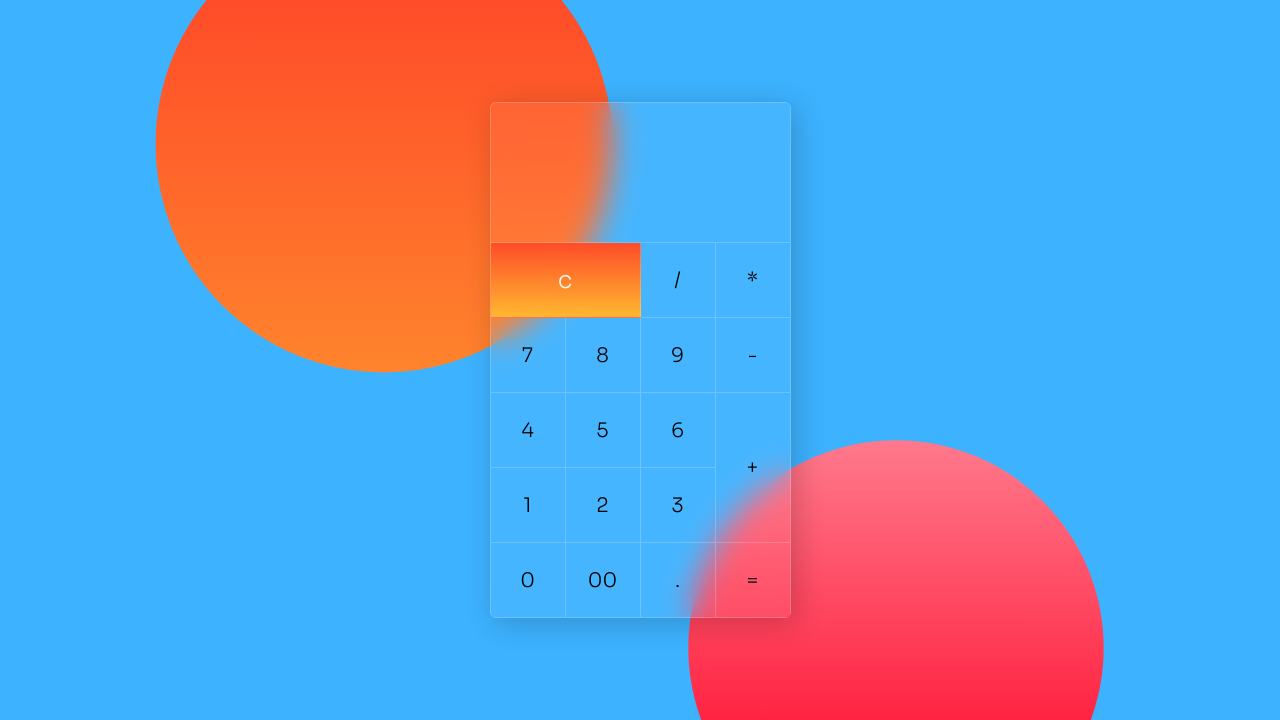
Repository: tharunkumaar404/Glass-Calci
Page: index.html
These files come from the project's save history. The page is drawn as it stood at one moment and after the next save; the edit follows.
The browser window is 1280 px wide. The pictures show the whole page.
The first visible `.container .calculator span` is being pressed.

Above is the page before, as saved 2021-08-26 15:11:19.

### index.html
<!DOCTYPE html>
<html lang="en">
<head>
    <meta charset="UTF-8">
    <meta http-equiv="X-UA-Compatible" content="IE=edge">
    <meta name="viewport" content="width=device-width, initial-scale=1.0">
    <title>Calculator</title>
    <link rel="stylesheet" href="styles.css">
</head>
<body>
    <div class="container">
        <form class="calculator" name="calc">
            <input type="text" readonly class="value" name="txt"/>
            <span class="num clear" onclick="calc.txt.value = ''">c</span>
            <span class="num" onclick="document.calc.txt.value +='/'">/</span>
            <span class="num" onclick="document.calc.txt.value +='*'">*</span>
            <span class="num" onclick="document.calc.txt.value +='7'">7</span>
            <span class="num" onclick="document.calc.txt.value +='8'">8</span>
            <span class="num" onclick="document.calc.txt.value +='9'">9</span>
            <span class="num" onclick="document.calc.txt.value +='-'">-</span>
            <span class="num" onclick="document.calc.txt.value +='4'">4</span>
            <span class="num " onclick="document.calc.txt.value +='5'">5</span>
            <span class="num" onclick="document.calc.txt.value +='6'">6</span>
            <span class="num plus" onclick="document.calc.txt.value +='+'">+</span>
            <span class="num" onclick="document.calc.txt.value +='1'">1</span>
            <span class="num" onclick="document.calc.txt.value +='2'">2</span>
            <span class="num" onclick="document.calc.txt.value +='3'">3</span>
            <span class="num" onclick="document.calc.txt.value +='0'">0</span>
            <span class="num" onclick="document.calc.txt.value +='00'">00</span>
            <span class="num" onclick="document.calc.txt.value +='.'"">.</span>
            <span class="num equal" onclick="document.calc.txt.value =eval(calc.txt.value)">=</span>
        </form>
    </div>
    <script type="text/javascript" src="vanilla-tilt.js"></script>
    <script type="text/javascript">
    	VanillaTilt.init(document.querySelector(".container"), {
    		max: 15,
    		speed: 400,
            glare: true,
            "max-glare":0.2,
            gyroscope:true,
    	});
    </script>
</body>
</html>

### styles.css
@import url('https://fonts.googleapis.com/css2?family=Sora:wght@300&display=swap');

*{
    margin: 0;
    padding: 0;
    box-sizing: border-box;
    font-family: 'Sora', sans-serif;
}

body{
display:flex;
justify-content: center;
align-items: center;
min-height: 100vh;
background: #3DB2FF;
}

body::before{
    content: '';
    position: absolute;
    top: 0;
    left:0;
    width: 100%;
    height:100%;
    background:linear-gradient(#FF4C29,#FFB830);
    clip-path: circle(22% at 30% 20%);
}
body::after{
    content: '';
    position: absolute;
    top: 0;
    left:0;
    width: 100%;
    height:100%;
    background:linear-gradient(#fff,#FF2442);
    clip-path: circle(20% at 70% 90%);
}

.container{
    position:relative;
    background: rgba(255,255,255,0.05);
    border-radius: 6px;
    overflow: hidden;
    z-index:10;
    backdrop-filter: blur(15px);
    border-top: 1px solid rgba(255,255,255,0.2);
    border-left:1px solid rgba(255,255,255,0.2);
    box-shadow: 5px 5px 30px rgba(0,0,0,0.2);

}

.container .calculator{
    position:relative;
    display:grid;

}

.container .calculator .value{
    grid-column: span 4;
    height: 140px;
    width:300px;
    text-align:right;
    border:none;
    outline:none;
    padding:10px;
    font-size:30px;
    background: transparent;
    color: #000;
    border-bottom: 1px solid rgba(255,255,255,0.2);
    border-right:1px solid rgba(255,255,255,0.2);


}
.container .calculator span {
    display:grid;
    place-items:center;
    height: 75px;
    width:75px;
    color:black;
    cursor:pointer;
    font-weight:400;
    font-size:20px;
    user-select:none;
    border-bottom: 1px solid rgba(255,255,255,0.2);
    border-right:1px solid rgba(255,255,255,0.2);
    transition: 0.5s;


}
.container .calculator span:hover{
    transition: 0s;
    background: rgba(255,255,255,0.2);
}

.container .calculator span:active{
    background: linear-gradient(#FF4C29,#FFB830);
    color: #F7F3E9;
    font-size: 24px;
    font-weight: 500;

}
.container .calculator .clear{
    grid-column: span 2;
    width:150px;
    background: rgba(255,255,255,0.2);
}
.container .calculator .plus{
grid-row: span 2;
height:150px;
}

### vanilla-tilt.js
var VanillaTilt = (function () {
'use strict';

/**
 * Created by Sergiu Șandor (micku7zu) on 1/27/2017.
 * Original idea: https://github.com/gijsroge/tilt.js
 * MIT License.
 * Version 1.7.1
 */

class VanillaTilt {
  constructor(element, settings = {}) {
    if (!(element instanceof Node)) {
      throw ("Can't initialize VanillaTilt because " + element + " is not a Node.");
    }

    this.width = null;
    this.height = null;
    this.clientWidth = null;
    this.clientHeight = null;
    this.left = null;
    this.top = null;

    // for Gyroscope sampling
    this.gammazero = null;
    this.betazero = null;
    this.lastgammazero = null;
    this.lastbetazero = null;

    this.transitionTimeout = null;
    this.updateCall = null;
    this.event = null;

    this.updateBind = this.update.bind(this);
    this.resetBind = this.reset.bind(this);

    this.element = element;
    this.settings = this.extendSettings(settings);

    this.reverse = this.settings.reverse ? -1 : 1;
    this.glare = VanillaTilt.isSettingTrue(this.settings.glare);
    this.glarePrerender = VanillaTilt.isSettingTrue(this.settings["glare-prerender"]);
    this.fullPageListening = VanillaTilt.isSettingTrue(this.settings["full-page-listening"]);
    this.gyroscope = VanillaTilt.isSettingTrue(this.settings.gyroscope);
    this.gyroscopeSamples = this.settings.gyroscopeSamples;

    this.elementListener = this.getElementListener();

    if (this.glare) {
      this.prepareGlare();
    }

    if (this.fullPageListening) {
      this.updateClientSize();
    }

    this.addEventListeners();
    this.updateInitialPosition();
  }

  static isSettingTrue(setting) {
    return setting === "" || setting === true || setting === 1;
  }

  /**
   * Method returns element what will be listen mouse events
   * @return {Node}
   */
  getElementListener() {
    if (this.fullPageListening) {
      return window.document;
    }

    if (typeof this.settings["mouse-event-element"] === "string") {
      const mouseEventElement = document.querySelector(this.settings["mouse-event-element"]);

      if (mouseEventElement) {
        return mouseEventElement;
      }
    }

    if (this.settings["mouse-event-element"] instanceof Node) {
      return this.settings["mouse-event-element"];
    }

    return this.element;
  }

  /**
   * Method set listen methods for this.elementListener
   * @return {Node}
   */
  addEventListeners() {
    this.onMouseEnterBind = this.onMouseEnter.bind(this);
    this.onMouseMoveBind = this.onMouseMove.bind(this);
    this.onMouseLeaveBind = this.onMouseLeave.bind(this);
    this.onWindowResizeBind = this.onWindowResize.bind(this);
    this.onDeviceOrientationBind = this.onDeviceOrientation.bind(this);

    this.elementListener.addEventListener("mouseenter", this.onMouseEnterBind);
    this.elementListener.addEventListener("mouseleave", this.onMouseLeaveBind);
    this.elementListener.addEventListener("mousemove", this.onMouseMoveBind);

    if (this.glare || this.fullPageListening) {
      window.addEventListener("resize", this.onWindowResizeBind);
    }

    if (this.gyroscope) {
      window.addEventListener("deviceorientation", this.onDeviceOrientationBind);
    }
  }

  /**
   * Method remove event listeners from current this.elementListener
   */
  removeEventListeners() {
    this.elementListener.removeEventListener("mouseenter", this.onMouseEnterBind);
    this.elementListener.removeEventListener("mouseleave", this.onMouseLeaveBind);
    this.elementListener.removeEventListener("mousemove", this.onMouseMoveBind);

    if (this.gyroscope) {
      window.removeEventListener("deviceorientation", this.onDeviceOrientationBind);
    }

    if (this.glare || this.fullPageListening) {
      window.removeEventListener("resize", this.onWindowResizeBind);
    }
  }

  destroy() {
    clearTimeout(this.transitionTimeout);
    if (this.updateCall !== null) {
      cancelAnimationFrame(this.updateCall);
    }

    this.reset();

    this.removeEventListeners();
    this.element.vanillaTilt = null;
    delete this.element.vanillaTilt;

    this.element = null;
  }

  onDeviceOrientation(event) {
    if (event.gamma === null || event.beta === null) {
      return;
    }

    this.updateElementPosition();

    if (this.gyroscopeSamples > 0) {
      this.lastgammazero = this.gammazero;
      this.lastbetazero = this.betazero;

      if (this.gammazero === null) {
        this.gammazero = event.gamma;
        this.betazero = event.beta;
      } else {
        this.gammazero = (event.gamma + this.lastgammazero) / 2;
        this.betazero = (event.beta + this.lastbetazero) / 2;
      }

      this.gyroscopeSamples -= 1;
    }

    const totalAngleX = this.settings.gyroscopeMaxAngleX - this.settings.gyroscopeMinAngleX;
    const totalAngleY = this.settings.gyroscopeMaxAngleY - this.settings.gyroscopeMinAngleY;

    const degreesPerPixelX = totalAngleX / this.width;
    const degreesPerPixelY = totalAngleY / this.height;

    const angleX = event.gamma - (this.settings.gyroscopeMinAngleX + this.gammazero);
    const angleY = event.beta - (this.settings.gyroscopeMinAngleY + this.betazero);

    const posX = angleX / degreesPerPixelX;
    const posY = angleY / degreesPerPixelY;

    if (this.updateCall !== null) {
      cancelAnimationFrame(this.updateCall);
    }

    this.event = {
      clientX: posX + this.left,
      clientY: posY + this.top,
    };

    this.updateCall = requestAnimationFrame(this.updateBind);
  }

  onMouseEnter() {
    this.updateElementPosition();
    this.element.style.willChange = "transform";
    this.setTransition();
  }

  onMouseMove(event) {
    if (this.updateCall !== null) {
      cancelAnimationFrame(this.updateCall);
    }

    this.event = event;
    this.updateCall = requestAnimationFrame(this.updateBind);
  }

  onMouseLeave() {
    this.setTransition();

    if (this.settings.reset) {
      requestAnimationFrame(this.resetBind);
    }
  }

  reset() {
    this.event = {
      clientX: this.left + this.width / 2,
      clientY: this.top + this.height / 2
    };

    if (this.element && this.element.style) {
      this.element.style.transform = `perspective(${this.settings.perspective}px) ` +
        `rotateX(0deg) ` +
        `rotateY(0deg) ` +
        `scale3d(1, 1, 1)`;
    }

    this.resetGlare();
  }

  resetGlare() {
    if (this.glare) {
      this.glareElement.style.transform = "rotate(180deg) translate(-50%, -50%)";
      this.glareElement.style.opacity = "0";
    }
  }

  updateInitialPosition() {
    if (this.settings.startX === 0 && this.settings.startY === 0) {
      return;
    }

    this.onMouseEnter();

    if (this.fullPageListening) {
      this.event = {
        clientX: (this.settings.startX + this.settings.max) / (2 * this.settings.max) * this.clientWidth,
        clientY: (this.settings.startY + this.settings.max) / (2 * this.settings.max) * this.clientHeight
      };
    } else {
      this.event = {
        clientX: this.left + ((this.settings.startX + this.settings.max) / (2 * this.settings.max) * this.width),
        clientY: this.top + ((this.settings.startY + this.settings.max) / (2 * this.settings.max) * this.height)
      };
    }


    let backupScale = this.settings.scale;
    this.settings.scale = 1;
    this.update();
    this.settings.scale = backupScale;
    this.resetGlare();
  }

  getValues() {
    let x, y;

    if (this.fullPageListening) {
      x = this.event.clientX / this.clientWidth;
      y = this.event.clientY / this.clientHeight;
    } else {
      x = (this.event.clientX - this.left) / this.width;
      y = (this.event.clientY - this.top) / this.height;
    }

    x = Math.min(Math.max(x, 0), 1);
    y = Math.min(Math.max(y, 0), 1);

    let tiltX = (this.reverse * (this.settings.max - x * this.settings.max * 2)).toFixed(2);
    let tiltY = (this.reverse * (y * this.settings.max * 2 - this.settings.max)).toFixed(2);
    let angle = Math.atan2(this.event.clientX - (this.left + this.width / 2), -(this.event.clientY - (this.top + this.height / 2))) * (180 / Math.PI);

    return {
      tiltX: tiltX,
      tiltY: tiltY,
      percentageX: x * 100,
      percentageY: y * 100,
      angle: angle
    };
  }

  updateElementPosition() {
    let rect = this.element.getBoundingClientRect();

    this.width = this.element.offsetWidth;
    this.height = this.element.offsetHeight;
    this.left = rect.left;
    this.top = rect.top;
  }

  update() {
    let values = this.getValues();

    this.element.style.transform = "perspective(" + this.settings.perspective + "px) " +
      "rotateX(" + (this.settings.axis === "x" ? 0 : values.tiltY) + "deg) " +
      "rotateY(" + (this.settings.axis === "y" ? 0 : values.tiltX) + "deg) " +
      "scale3d(" + this.settings.scale + ", " + this.settings.scale + ", " + this.settings.scale + ")";

    if (this.glare) {
      this.glareElement.style.transform = `rotate(${values.angle}deg) translate(-50%, -50%)`;
      this.glareElement.style.opacity = `${values.percentageY * this.settings["max-glare"] / 100}`;
    }

    this.element.dispatchEvent(new CustomEvent("tiltChange", {
      "detail": values
    }));

    this.updateCall = null;
  }

  /**
   * Appends the glare element (if glarePrerender equals false)
   * and sets the default style
   */
  prepareGlare() {
    // If option pre-render is enabled we assume all html/css is present for an optimal glare effect.
    if (!this.glarePrerender) {
      // Create glare element
      const jsTiltGlare = document.createElement("div");
      jsTiltGlare.classList.add("js-tilt-glare");

      const jsTiltGlareInner = document.createElement("div");
      jsTiltGlareInner.classList.add("js-tilt-glare-inner");

      jsTiltGlare.appendChild(jsTiltGlareInner);
      this.element.appendChild(jsTiltGlare);
    }

    this.glareElementWrapper = this.element.querySelector(".js-tilt-glare");
    this.glareElement = this.element.querySelector(".js-tilt-glare-inner");

    if (this.glarePrerender) {
      return;
    }

    Object.assign(this.glareElementWrapper.style, {
      "position": "absolute",
      "top": "0",
      "left": "0",
      "width": "100%",
      "height": "100%",
      "overflow": "hidden",
      "pointer-events": "none"
    });

    Object.assign(this.glareElement.style, {
      "position": "absolute",
      "top": "50%",
      "left": "50%",
      "pointer-events": "none",
      "background-image": `linear-gradient(0deg, rgba(255,255,255,0) 0%, rgba(255,255,255,1) 100%)`,
      "width": `${this.element.offsetWidth * 2}px`,
      "height": `${this.element.offsetWidth * 2}px`,
      "transform": "rotate(180deg) translate(-50%, -50%)",
      "transform-origin": "0% 0%",
      "opacity": "0",
    });
  }

  updateGlareSize() {
    if (this.glare) {
      Object.assign(this.glareElement.style, {
        "width": `${this.element.offsetWidth * 2}`,
        "height": `${this.element.offsetWidth * 2}`,
      });
    }
  }

  updateClientSize() {
    this.clientWidth = window.innerWidth
      || document.documentElement.clientWidth
      || document.body.clientWidth;

    this.clientHeight = window.innerHeight
      || document.documentElement.clientHeight
      || document.body.clientHeight;
  }

  onWindowResize() {
    this.updateGlareSize();
    this.updateClientSize();
  }

  setTransition() {
    clearTimeout(this.transitionTimeout);
    this.element.style.transition = this.settings.speed + "ms " + this.settings.easing;
    if (this.glare) this.glareElement.style.transition = `opacity ${this.settings.speed}ms ${this.settings.easing}`;

    this.transitionTimeout = setTimeout(() => {
      this.element.style.transition = "";
      if (this.glare) {
        this.glareElement.style.transition = "";
      }
    }, this.settings.speed);

  }

  /**
   * Method return patched settings of instance
   * @param {boolean} settings.reverse - reverse the tilt direction
   * @param {number} settings.max - max tilt rotation (degrees)
   * @param {startX} settings.startX - the starting tilt on the X axis, in degrees. Default: 0
   * @param {startY} settings.startY - the starting tilt on the Y axis, in degrees. Default: 0
   * @param {number} settings.perspective - Transform perspective, the lower the more extreme the tilt gets
   * @param {string} settings.easing - Easing on enter/exit
   * @param {number} settings.scale - 2 = 200%, 1.5 = 150%, etc..
   * @param {number} settings.speed - Speed of the enter/exit transition
   * @param {boolean} settings.transition - Set a transition on enter/exit
   * @param {string|null} settings.axis - What axis should be disabled. Can be X or Y
   * @param {boolean} settings.glare - What axis should be disabled. Can be X or Y
   * @param {number} settings.max-glare - the maximum "glare" opacity (1 = 100%, 0.5 = 50%)
   * @param {boolean} settings.glare-prerender - false = VanillaTilt creates the glare elements for you, otherwise
   * @param {boolean} settings.full-page-listening - If true, parallax effect will listen to mouse move events on the whole document, not only the selected element
   * @param {string|object} settings.mouse-event-element - String selector or link to HTML-element what will be listen mouse events
   * @param {boolean} settings.reset - false = If the tilt effect has to be reset on exit
   * @param {gyroscope} settings.gyroscope - Enable tilting by deviceorientation events
   * @param {gyroscopeSensitivity} settings.gyroscopeSensitivity - Between 0 and 1 - The angle at which max tilt position is reached. 1 = 90deg, 0.5 = 45deg, etc..
   * @param {gyroscopeSamples} settings.gyroscopeSamples - How many gyroscope moves to decide the starting position.
   */
  extendSettings(settings) {
    let defaultSettings = {
      reverse: false,
      max: 15,
      startX: 0,
      startY: 0,
      perspective: 1000,
      easing: "cubic-bezier(.03,.98,.52,.99)",
      scale: 1,
      speed: 300,
      transition: true,
      axis: null,
      glare: false,
      "max-glare": 1,
      "glare-prerender": false,
      "full-page-listening": false,
      "mouse-event-element": null,
      reset: true,
      gyroscope: true,
      gyroscopeMinAngleX: -45,
      gyroscopeMaxAngleX: 45,
      gyroscopeMinAngleY: -45,
      gyroscopeMaxAngleY: 45,
      gyroscopeSamples: 10
    };

    let newSettings = {};
    for (var property in defaultSettings) {
      if (property in settings) {
        newSettings[property] = settings[property];
      } else if (this.element.hasAttribute("data-tilt-" + property)) {
        let attribute = this.element.getAttribute("data-tilt-" + property);
        try {
          newSettings[property] = JSON.parse(attribute);
        } catch (e) {
          newSettings[property] = attribute;
        }

      } else {
        newSettings[property] = defaultSettings[property];
      }
    }

    return newSettings;
  }

  static init(elements, settings) {
    if (elements instanceof Node) {
      elements = [elements];
    }

    if (elements instanceof NodeList) {
      elements = [].slice.call(elements);
    }

    if (!(elements instanceof Array)) {
      return;
    }

    elements.forEach((element) => {
      if (!("vanillaTilt" in element)) {
        element.vanillaTilt = new VanillaTilt(element, settings);
      }
    });
  }
}

if (typeof document !== "undefined") {
  /* expose the class to window */
  window.VanillaTilt = VanillaTilt;

  /**
   * Auto load
   */
  VanillaTilt.init(document.querySelectorAll("[data-tilt]"));
}

return VanillaTilt;

}());

After the next save:
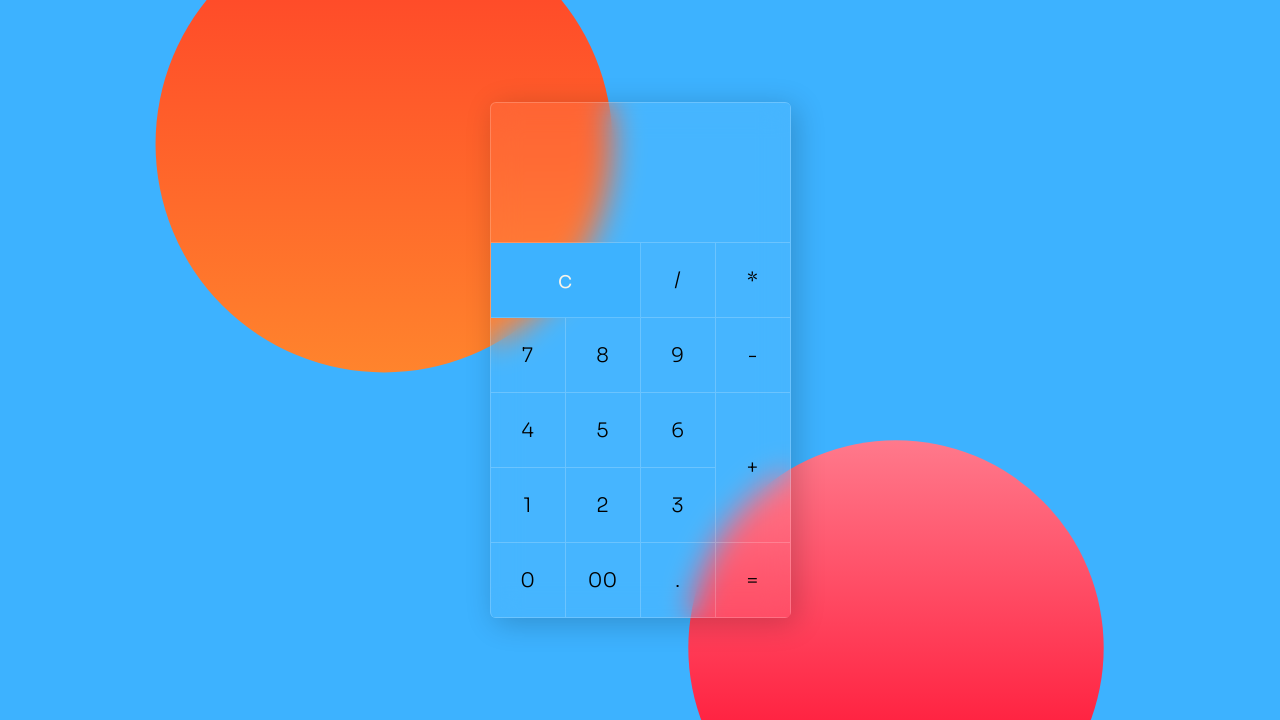
Saved 23 s later.
--- a/styles.css
+++ b/styles.css
@@ -93,7 +93,7 @@ body::after{
 }
 
 .container .calculator span:active{
-    background: linear-gradient(#FF4C29,#FFB830);
+    background: #3DB2FF;
     color: #F7F3E9;
     font-size: 24px;
     font-weight: 500;
